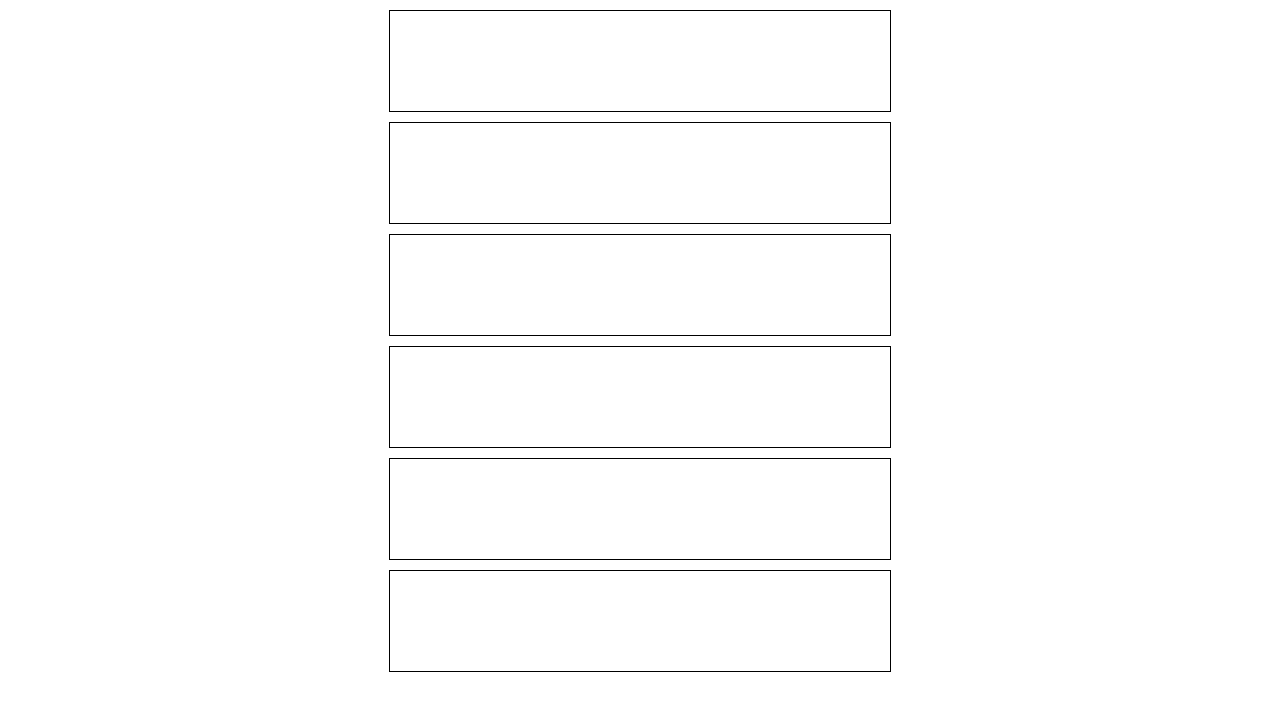
Repository: KaibutsuSama/CodePracticeExample
Page: Html5+Css3/Css3/02.背景属性/05.渐变.html
An editor plug-in stored every save of this project. The page is shown before and after the next save, followed by the edit.
The browser window is 1280 px wide. The pictures show the whole page.

Above is the page before, as saved 2023-01-29 21:58:04.

### Html5+Css3/Css3/02.背景属性/05.渐变.html
<!DOCTYPE html>
<html lang="en">

<head>
    <meta charset="UTF-8">
    <meta http-equiv="X-UA-Compatible" content="IE=edge">
    <meta name="viewport" content="width=device-width, initial-scale=1.0">
    <title>Document</title>
    <style type="text/CSS">
        div {
            width: 500px;
            height: 100px;
            margin: 10px auto;
            border: 1px solid #000;
        }

        /* 语法：
            linear-gradient(方向，起始颜色，终止颜色);
            方向：to left   to right  to top   to bottom 　角度　30deg
            起始颜色
            终止颜色
        */

        div:nth-child(1){
            background-image: linear-gradient();
        }

    </style>
</head>

<body>
    <div></div>
    <div></div>
    <div></div>
    <div></div>
    <div></div>
    <div></div>
</body>

</html>

After the next save:
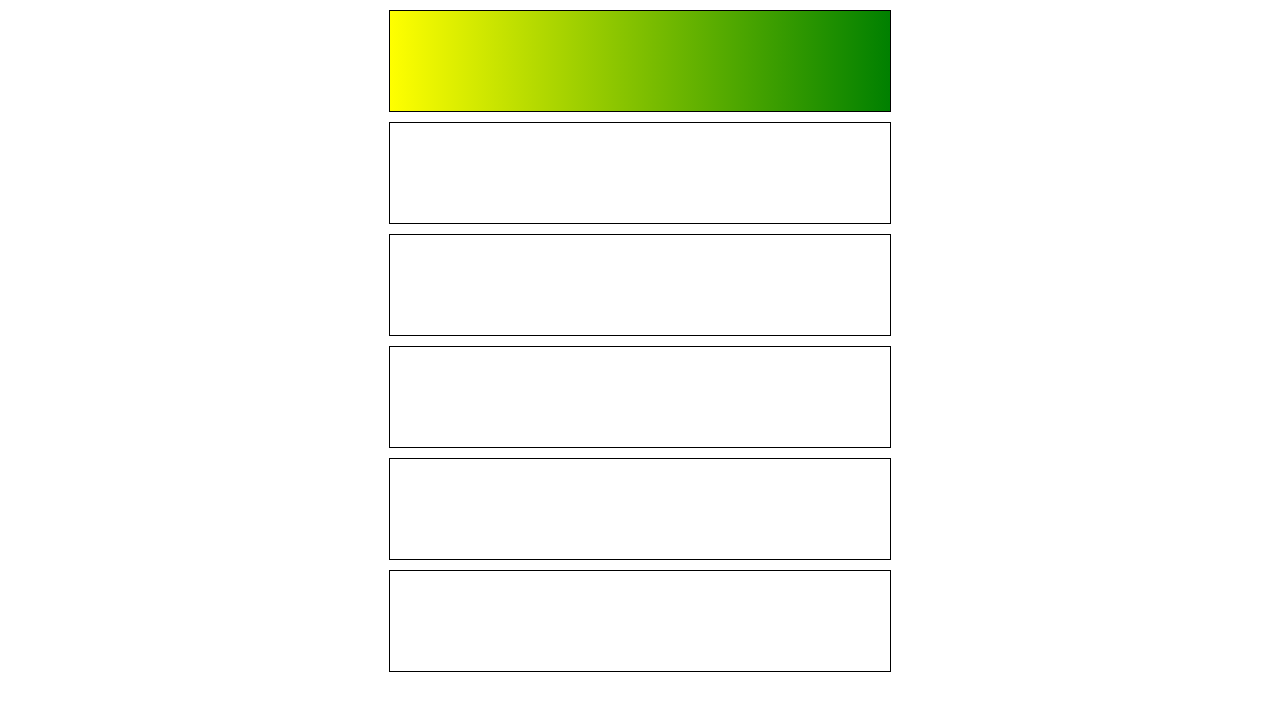
Saved 7 s later.
--- a/Html5+Css3/Css3/02.背景属性/05.渐变.html
+++ b/Html5+Css3/Css3/02.背景属性/05.渐变.html
@@ -22,7 +22,7 @@
         */
 
         div:nth-child(1){
-            background-image: linear-gradient();
+            background-image: linear-gradient(to right,yellow,green);
         }
 
     </style>
